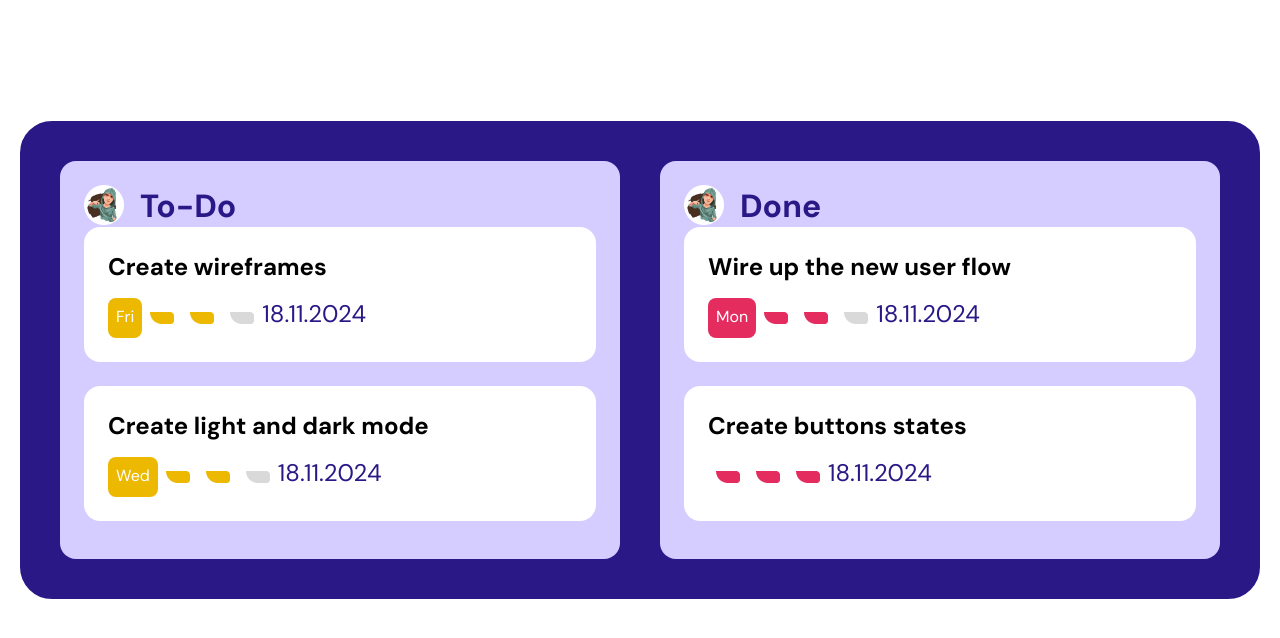
Repository: VitasYo/Kanban
Page: index.html
An editor plug-in stored every save of this project. The page is shown before and after a run of saves, followed by the edit.
The browser window is 1280 px wide. The pictures show the whole page.

Above is the page before, as saved 2024-04-15 20:15:52.

### index.html
<!DOCTYPE html>
<html lang="en">
<head>
  <meta charset="UTF-8">
  <meta name="viewport" content="width=device-width, initial-scale=1.0">
  <link rel="stylesheet" href="./src/assets/css/index.css">
  <title>To-Do-List-Kanban</title>
</head>
<body>
  <main class="kanban">
    <section class="kanban__column">
      <div class="kanban__title_and_icon">
        <img height=40 width=40 src="src/assets/img/Avatar.jpg" alt="Аватар">
        <h2 class="kanban__title">To-Do</h2>
      </div>
      <div class="card">
        <div class="card_title">Create wireframes</div>
        <div class="card_items">
          <div class="card_pin_yel">Fri</div>
          <div class="card_scale">
            <img class="card_scale_item" src="src/assets/img/yel_rect.png">
            <img class="card_scale_item" src="src/assets/img/yel_rect.png">
            <img class="card_scale_item" src="src/assets/img/grey_rect.png">
          </div>
          <div class="card_date">18.11.2024</div>
        </div>
      </div>
      <div class="card">
        <div class="card_title">Create light and dark mode</div>
        <div class="card_items">
          <div class="card_pin_yel">Wed</div>
          <div class="card_scale">
            <img class="card_scale_item" src="src/assets/img/yel_rect.png">
            <img class="card_scale_item" src="src/assets/img/yel_rect.png">
            <img class="card_scale_item" src="src/assets/img/grey_rect.png">
          </div>
          <div class="card_date">18.11.2024</div>
        </div>
      </div>
    </section>

    <section class="kanban__column">
      <div class="kanban__title_and_icon">
        <img height=40 width=40 src="src/assets/img/Avatar.jpg" alt="Аватар">
        <h2 class="kanban__title">Done</h2>
      </div>
      <div class="card">
        <div class="card_title">Wire up the new user flow</div>
        <div class="card_items">
          <div class="card_pin_red">Mon</div>
          <div class="card_scale">
            <img class="card_scale_item" src="src/assets/img/red_rect.png">
            <img class="card_scale_item" src="src/assets/img/red_rect.png">
            <img class="card_scale_item" src="src/assets/img/grey_rect.png">
          </div>
          <div class="card_date">18.11.2024</div>
        </div>
      </div>
      <div class="card">
        <div class="card_title">Create buttons states</div>
        <div class="card_items">
          <div class="card_scale">
            <img class="card_scale_item" src="src/assets/img/red_rect.png">
            <img class="card_scale_item" src="src/assets/img/red_rect.png">
            <img class="card_scale_item" src="src/assets/img/red_rect.png">
          </div>
          <div class="card_date">18.11.2024</div>
        </div>
      </div>
    </section>
  </main>
  </body>
<script src="./src/assets/js/index.js"></script>
</html>

### src/assets/css/index.css
@import url('https://fonts.googleapis.com/css2?family=DM+Sans:opsz,wght@9..40,100;9..40,200;9..40,300;9..40,400;9..40,500;9..40,600;9..40,700;9..40,800;9..40,900;9..40,1000&display=swap');
@import './component/_kanban.css';
@import './_media.css';



* {
  font-family: 'DM Sans', sans-serif;
}

* {
  box-sizing: border-box;
  margin: 0;
  padding: 0;
}

body {
  font-family: 'Arial', sans-serif;
  background-color: white;
  color: white;
  display: flex;
  flex-direction: column;
  min-height: 100vh;
}


.header__title,
.footer__text {
  margin: 0;
  padding: 10px 0;
}

.container {
  width: 100%;
  padding-right: 15px;
  padding-left: 15px;
  margin-right: auto;
  margin-left: auto;
}

### src/assets/css/component/_kanban.css
.kanban {
    display: flex;
    flex-wrap: wrap;
    justify-content: space-around;
    flex-grow: 1;
    flex: 0 0 100%;
    border-radius: 32px;
    border: 20px solid #2B1887;
    background-color: #2B1887;
    display: grid;
    grid-template-columns: 1fr 1fr;
    margin: auto;
}

.kanban__column {
    height: 398px;
    width: 560px;
    background-color: #D5CCFF;
    border-radius: 16px;
    padding: 24px;
    margin: 20px;
}

.kanban__title_and_icon {
    display: flex;
    width: 560px;
}

.kanban__title {
    color: #2B1887;
    font-size: 32px;
    padding-left: 16px;
}

.card {
    width: 512px;;
    background-color: white;
    border-radius: 16px;
    margin-block-end: 24px;
    padding: 24px;
}

.card_title {
    color: black;
    font-size: 24px;
    font-weight: bold;
}

.card_items {
    margin-top: 16px;
    display: flex;
}

.card_pin_yel {
    padding: 8px;
    border-radius: 8px;
    background-color: #ECB800;
}

.card_pin_red {
    padding: 8px;
    border-radius: 8px;
    background-color: #E42C5F;
}

.card_scale {
    display: flex;
}


.card_scale_item {
    padding: 8px;
}

.card_date {
    font-size: 24px;
    color: #2B1887;
}

### src/assets/css/_media.css
@media (min-width: 576px) {
    .container {
        max-width: 540px;
    }
}

@media (min-width: 768px) {
    .container {
        max-width: 720px;
    }
}

@media (min-width: 992px) {
    .container {
        max-width: 960px;
    }
}

@media (min-width: 1200px) {
    .container {
        max-width: 1140px;
    }
}

@media (min-width: 1400px) {
    .container {
        max-width: 1320px;
    }
}

@media screen and (min-width: 640px) {
    .kanban__column {
        flex: 0 0 calc(33.333% - 20px);
    }
}

Loaded but not shown: src/assets/js/index.js (no stored copy; drawn as an empty file)

After the next 3 saves:
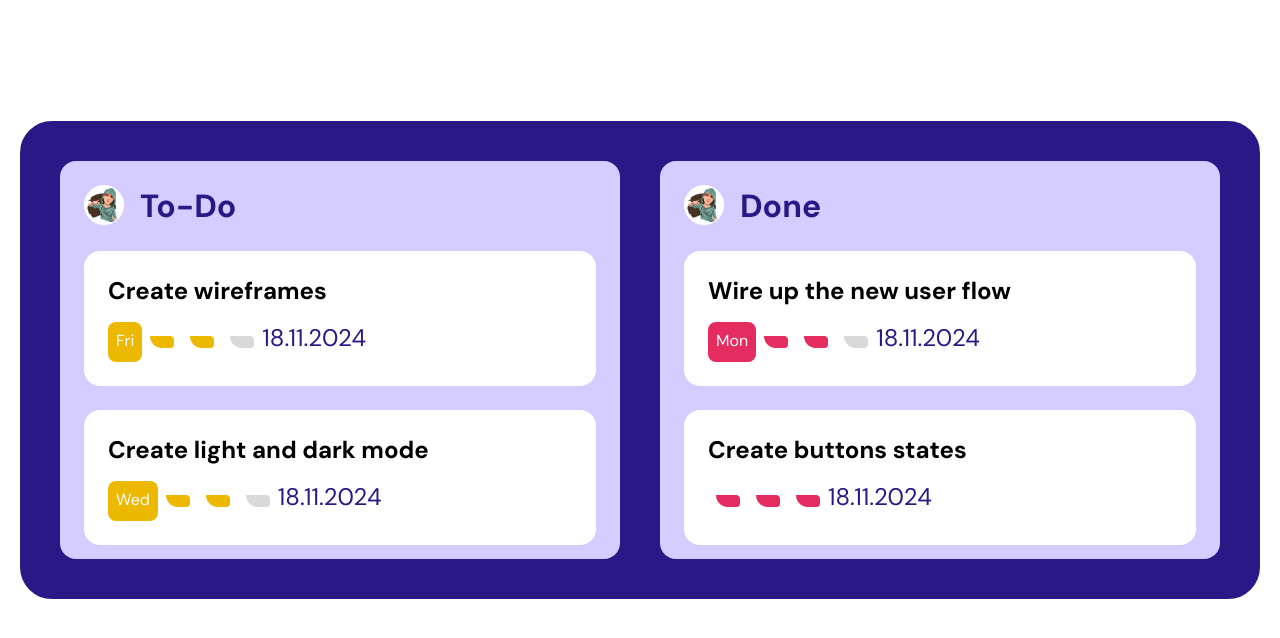
The 3 saves are shown as one change because they came seconds apart.
The last was saved 13 s later.
--- a/src/assets/css/component/_kanban.css
+++ b/src/assets/css/component/_kanban.css
@@ -36,7 +36,7 @@
     width: 512px;;
     background-color: white;
     border-radius: 16px;
-    margin-block-end: 24px;
+    margin-block-start: 24px;
     padding: 24px;
 }
 
